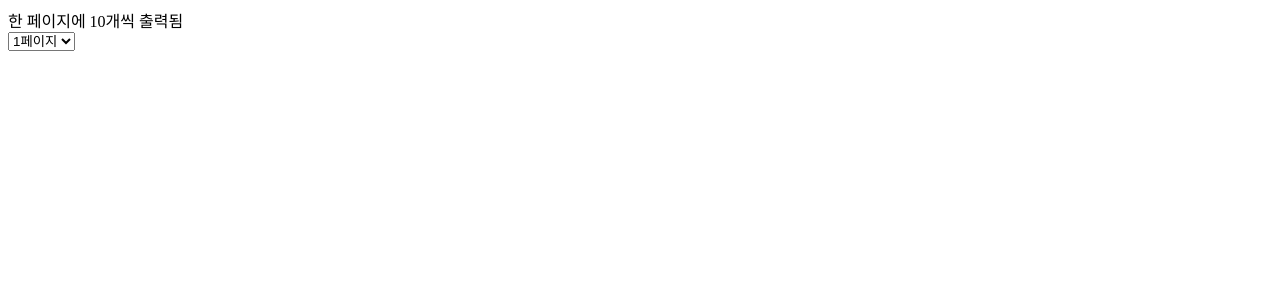
Repository: dogksi/JSP
Page: http://localhost/TestJSP/SearchAPI/SearchView.jsp
These files come from the project's save history. The page is drawn as it stood at one moment and after the next save; the edit follows.
The browser window is 1280 px wide. The pictures show the whole page.
The page is served by Tomcat 10. Other server files are loaded and not shown.

Above is the page before, as saved 2023-09-20 05:24:54.

### TestJSP/src/main/webapp/SearchAPI/SearchView.jsp
<%@ page language="java" contentType="text/html; charset=UTF-8"
    pageEncoding="UTF-8"%>
<!DOCTYPE html>
<html>
<head>
<meta charset="UTF-8">
<title>검색 API</title>
<script src="https://ajax.googleapis.com/ajax/libs/jquery/3.7.0/jquery.min.js">
</script>
<script>

</script>
<style>
	ul{border:2px #cccccc solid;}
</style>
</head>
<body>
<div>
	<div>
		<form id="searchFrm">
			한 페이지에 10개씩 출력됨 <br />
			<select id="startNum">
				<option value="1">1페이지</option>
				<option value="11">2페이지</option>
				<option value="21">3페이지</option>
				<option value="31">4페이지</option>
				<option value="41">5페이지</option>
			</select>
		</form>
	</div>
	<div>

	</div>
</div>
</body>
</html>

After the next save:
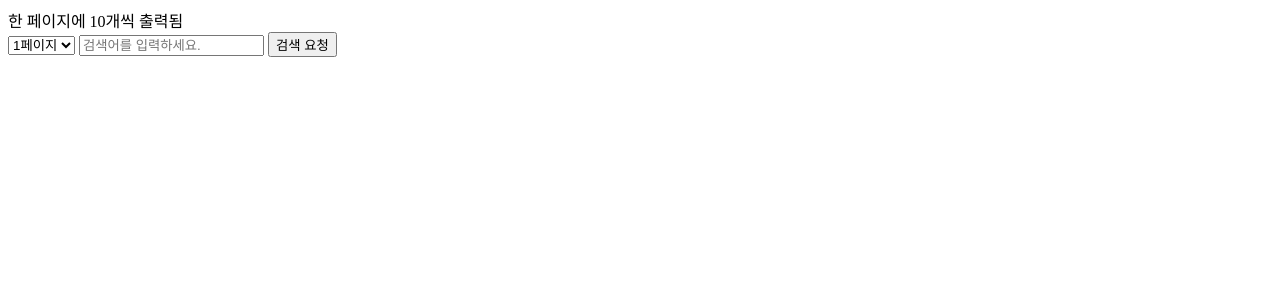
Saved 67 s later.
--- a/TestJSP/src/main/webapp/SearchAPI/SearchView.jsp
+++ b/TestJSP/src/main/webapp/SearchAPI/SearchView.jsp
@@ -26,6 +26,8 @@
 				<option value="31">4페이지</option>
 				<option value="41">5페이지</option>
 			</select>
+			<input type="text" id="keyword" placeholder="검색어를 입력하세요." />
+			<button type="button" id="searchBtn">검색 요청</button>
 		</form>
 	</div>
 	<div>
